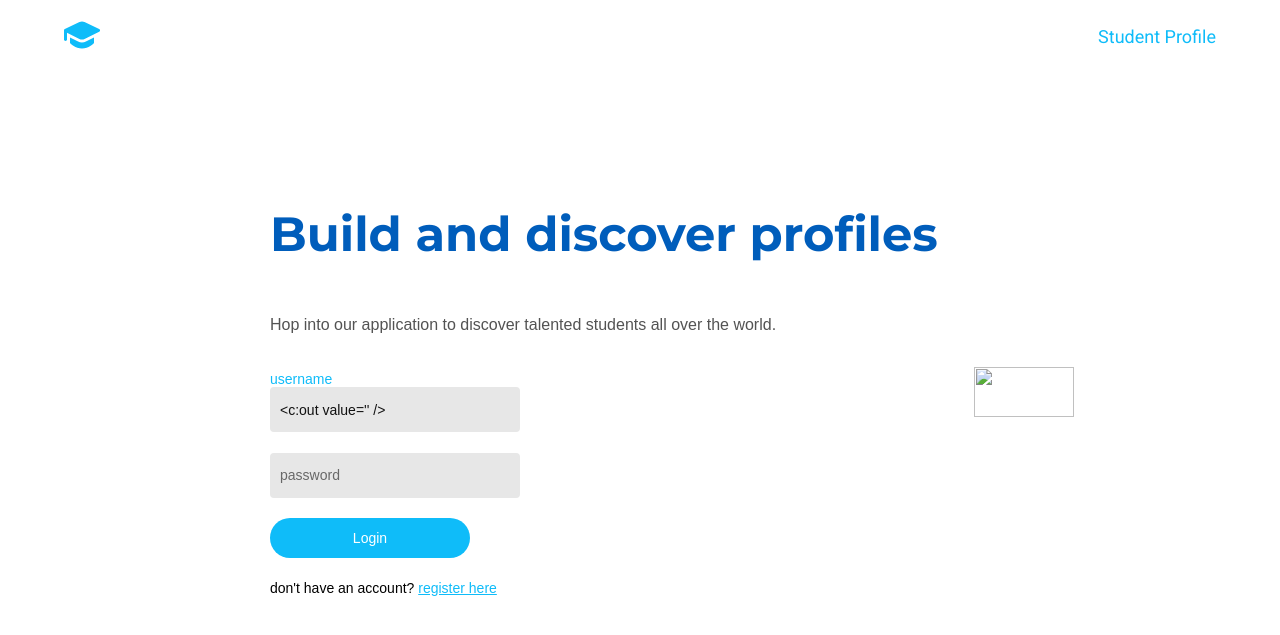
Repository: Mighil31/student_profile
Page: http://localhost/student_profile/jsp/login.jsp
These files come from the project's save history. The page is drawn as it stood at one moment and after the next save; the edit follows.
The browser window is 1280 px wide. The pictures show the whole page.
The page is served by Tomcat 9. Other server files are loaded and not shown. The template is opened directly, without the code that normally fills it, so the values that code supplies are empty.

Above is the page before, as saved 2021-10-28 14:31:57.

### student_profile/src/main/webapp/jsp/login.jsp
<!DOCTYPE html>
<html lang="en">
<head>
    <meta charset="UTF-8">
    <meta http-equiv="X-UA-Compatible" content="IE=edge">
    <meta name="viewport" content="width=device-width, initial-scale=1.0">
    <title>login</title>
    <link href="../styles/Login.css" rel="stylesheet" type="text/css">
    <style><%@include file="../styles/Login.css"%></style>

</head>
<body id="root">
    <!-- <script src="https://unpkg.com/@lottiefiles/lottie-player@latest/dist/lottie-player.js"></script>-->
    <div  class="LoginPage">
    <header>
        <div class="Logo">
            <svg width="48" height="36" viewBox="0 0 48 36" fill="none" xmlns="http://www.w3.org/2000/svg"> <path d="M20.64 0.755644C21.6903 0.258094 22.8379 0 24 0C25.1622 0 26.3098 0.258094 27.36 0.755644L46.856 9.99164C47.1956 10.1524 47.4831 10.4055 47.6855 10.7221C47.8879 11.0387 47.997 11.4059 48.0003 11.7816C48.0037 12.1573 47.9011 12.5264 47.7044 12.8465C47.5077 13.1667 47.2247 13.4249 46.888 13.5916L27.488 23.2156C26.404 23.7535 25.2102 24.0334 24 24.0334C22.7899 24.0334 21.5961 23.7535 20.512 23.2156L4.00002 15.0236V23.9996C4.00002 24.5301 3.78931 25.0388 3.41423 25.4139C3.03916 25.7889 2.53045 25.9996 2.00002 25.9996C1.46959 25.9996 0.96088 25.7889 0.585807 25.4139C0.210734 25.0388 2.03059e-05 24.5301 2.03059e-05 23.9996V11.9996V11.8996C-0.0185743 11.5043 0.0800979 11.1122 0.283639 10.7727C0.48718 10.4333 0.786511 10.1615 1.14402 9.99164L20.64 0.751644V0.755644ZM8.00002 21.4756V27.9996C8.00008 28.2627 8.05204 28.5232 8.15294 28.7662C8.25384 29.0092 8.40169 29.2299 8.58802 29.4156L8.59602 29.4276L8.68802 29.5116L8.92802 29.7356C10.1816 30.8529 11.5368 31.8506 12.976 32.7156C15.648 34.3196 19.508 35.9996 24 35.9996C28.492 35.9996 32.352 34.3196 35.028 32.7156C36.4672 31.8506 37.8225 30.8529 39.076 29.7356L39.316 29.5116L39.38 29.4476L39.404 29.4236L39.408 29.4196L39.416 29.4156C39.6016 29.2296 39.7487 29.0087 39.8489 28.7658C39.9492 28.5228 40.0005 28.2625 40 27.9996V21.4716L29.264 26.7996C27.6279 27.6111 25.8263 28.0332 24 28.0332C22.1737 28.0332 20.3722 27.6111 18.736 26.7996L8.00002 21.4716V21.4756Z" fill="#0FBCF9"/> </svg>
        </div>
        <a href="./About.html">Student Profile</a>
    </header>
    <div class="LeftPanel">
        <div class="Introtext">
            <h1>Build and discover profiles</h1>
            <p>
                Hop into our application to discover talented students all over the world.

            </p>
        </div>
        <form action="new" method="post" class="LoginForm">
            <div class="input-field">
              <input type="text" name ="userNam" id="uname" value="<c:out value='${student.firstName}' />" required />
              <label for="uname">username</label>
            </div>
            <div class="input-field">
                <input type="password" id="pwd" required />
                <label for="pwd">password</label>
            </div>
            <a class="LoginButton" href="./dashboard.html">
                Login
            </a>
            <div class="newUser">
                don't have an account?
                <a href="signup.html">register here</a>
            </div>
        </form>
    </div>
    <img src="../media/illustrations/login_image.png" height="50px" width="100px"></img>
    </div>


</body>
</html>

### student_profile/src/main/webapp/styles/Login.css
@import url("https://fonts.googleapis.com/css2?family=Roboto&display=swap");
@import url("https://fonts.googleapis.com/css2?family=Nunito:wght@500&display=swap");
@import url("https://fonts.googleapis.com/css2?family=Montserrat:wght@700&display=swap");
* {
  margin: 0%;
  padding: 0;
  -webkit-box-sizing: border-box;
          box-sizing: border-box;
  font-family: 'nuninto', sans-serif;
  font-size: 14px;
}

#root {
  width: 100%;
  height: 100%;
}

#root .LoginPage {
  width: 100%;
  height: 100vh;
  padding-top: 5%;
  display: -webkit-box;
  display: -ms-flexbox;
  display: flex;
  -webkit-box-pack: center;
      -ms-flex-pack: center;
          justify-content: center;
  -webkit-box-align: center;
      -ms-flex-align: center;
          align-items: center;
  text-align: center;
}

#root .LoginPage header {
  width: 100%;
  height: 10vh;
  position: fixed;
  top: 0;
  left: 0;
  display: -webkit-box;
  display: -ms-flexbox;
  display: flex;
  -webkit-box-pack: center;
      -ms-flex-pack: center;
          justify-content: center;
  -webkit-box-align: center;
      -ms-flex-align: center;
          align-items: center;
  text-align: center;
  -webkit-box-pack: justify;
      -ms-flex-pack: justify;
          justify-content: space-between;
  padding: 0 5% 0 5%;
}

#root .LoginPage header .Logo svg {
  width: 36px;
  height: 36px;
}

#root .LoginPage header a {
  font-family: 'Roboto';
  font-size: 18px;
  color: #0fbcf9;
  text-decoration: none;
}

#root .LoginPage .LeftPanel {
  width: 60%;
  height: 70%;
  display: -webkit-box;
  display: -ms-flexbox;
  display: flex;
  -webkit-box-pack: center;
      -ms-flex-pack: center;
          justify-content: center;
  -webkit-box-align: center;
      -ms-flex-align: center;
          align-items: center;
  text-align: center;
  -webkit-box-orient: vertical;
  -webkit-box-direction: normal;
      -ms-flex-direction: column;
          flex-direction: column;
  -webkit-box-pack: space-evenly;
      -ms-flex-pack: space-evenly;
          justify-content: space-evenly;
  -webkit-box-align: start;
      -ms-flex-align: start;
          align-items: flex-start;
  padding-left: 5%;
}

#root .LoginPage .LeftPanel .Introtext {
  width: 100%;
  height: 40%;
  display: -webkit-box;
  display: -ms-flexbox;
  display: flex;
  -webkit-box-pack: center;
      -ms-flex-pack: center;
          justify-content: center;
  -webkit-box-align: center;
      -ms-flex-align: center;
          align-items: center;
  text-align: center;
  -webkit-box-orient: vertical;
  -webkit-box-direction: normal;
      -ms-flex-direction: column;
          flex-direction: column;
  -ms-flex-pack: distribute;
      justify-content: space-around;
  -webkit-box-align: start;
      -ms-flex-align: start;
          align-items: flex-start;
}

#root .LoginPage .LeftPanel .Introtext h1 {
  color: #005dbb;
  font-size: 48px;
  text-align: left;
  font-family: 'Montserrat', sans-serif;
}

#root .LoginPage .LeftPanel .Introtext p {
  font-size: 16px;
  text-align: left;
  color: #535353;
}

#root .LoginPage .LeftPanel .LoginForm {
  width: 50%;
  height: 50%;
  display: -webkit-box;
  display: -ms-flexbox;
  display: flex;
  -webkit-box-pack: center;
      -ms-flex-pack: center;
          justify-content: center;
  -webkit-box-align: center;
      -ms-flex-align: center;
          align-items: center;
  text-align: center;
  -webkit-box-orient: vertical;
  -webkit-box-direction: normal;
      -ms-flex-direction: column;
          flex-direction: column;
  -ms-flex-pack: distribute;
      justify-content: space-around;
  -webkit-box-align: start;
      -ms-flex-align: start;
          align-items: flex-start;
}

#root .LoginPage .LeftPanel .LoginForm .newUser a {
  color: #0fbcf9;
}

#root .LoginPage .LeftPanel .LoginForm .LoginButton {
  width: 200px;
  height: 40px;
  background: #0fbcf9;
  color: white;
  display: -webkit-box;
  display: -ms-flexbox;
  display: flex;
  -webkit-box-pack: center;
      -ms-flex-pack: center;
          justify-content: center;
  -webkit-box-align: center;
      -ms-flex-align: center;
          align-items: center;
  text-align: center;
  cursor: pointer;
  -webkit-transition: 0.2s;
  transition: 0.2s;
  text-decoration: none;
  border-radius: 20px;
  z-index: 5;
}

#root .LoginPage .LeftPanel .LoginForm .LoginButton:hover {
  background: #005dbb;
  color: white;
}

#root .LoginPage .LeftPanel .LoginForm .input-field {
  position: relative;
  width: 250px;
  height: 44px;
  line-height: 44px;
}

#root .LoginPage .LeftPanel .LoginForm label {
  position: absolute;
  top: 0;
  left: 10px;
  color: #686868;
  -webkit-transition: 0.2s all;
  transition: 0.2s all;
  cursor: text;
}

#root .LoginPage .LeftPanel .LoginForm input {
  width: 100%;
  height: 45px;
  border: 0;
  outline: 0;
  padding-left: 10px;
  -webkit-box-shadow: none;
          box-shadow: none;
  color: #111;
  border-radius: 4px;
  background: #e7e7e7;
}

#root .LoginPage .LeftPanel .LoginForm input:invalid {
  outline: 0;
}

#root .LoginPage .LeftPanel .LoginForm input:focus,
#root .LoginPage .LeftPanel .LoginForm input:valid {
  border-color: #0fbcf9;
}

#root .LoginPage .LeftPanel .LoginForm input:focus ~ label,
#root .LoginPage .LeftPanel .LoginForm input:valid ~ label {
  font-size: 14px;
  top: -30px;
  left: 0;
  color: #0fbcf9;
}

.errorMessage{
  color:red;
}
/*# sourceMappingURL=Login.css.map */

Loaded but not shown: student_profile/src/main/java/student_profile/java/web/StudentServlet.java (508 lines, source omitted)

After the next save:
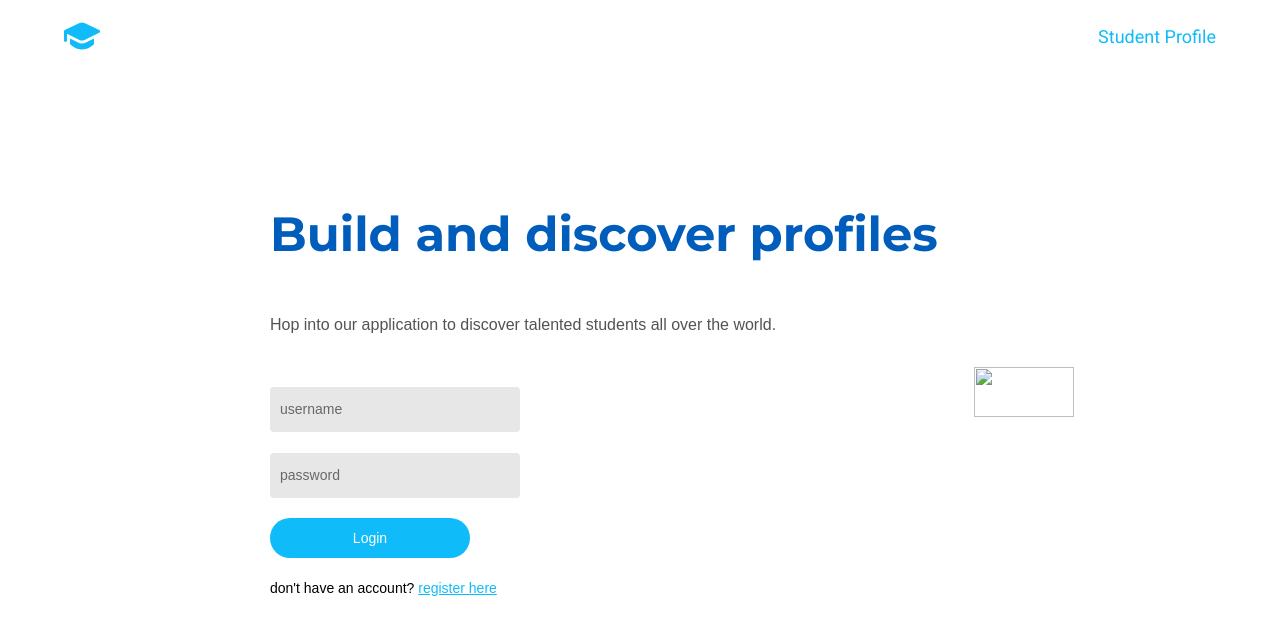
Saved 74 s later.
--- a/student_profile/src/main/webapp/jsp/login.jsp
+++ b/student_profile/src/main/webapp/jsp/login.jsp
@@ -1,4 +1,6 @@
-<!DOCTYPE html>
+<%@ page language="java" contentType="text/html; charset=UTF-8"
+	pageEncoding="UTF-8"%>
+<%@ taglib uri="http://java.sun.com/jsp/jstl/core" prefix="c"%>
 <html lang="en">
 <head>
     <meta charset="UTF-8">
